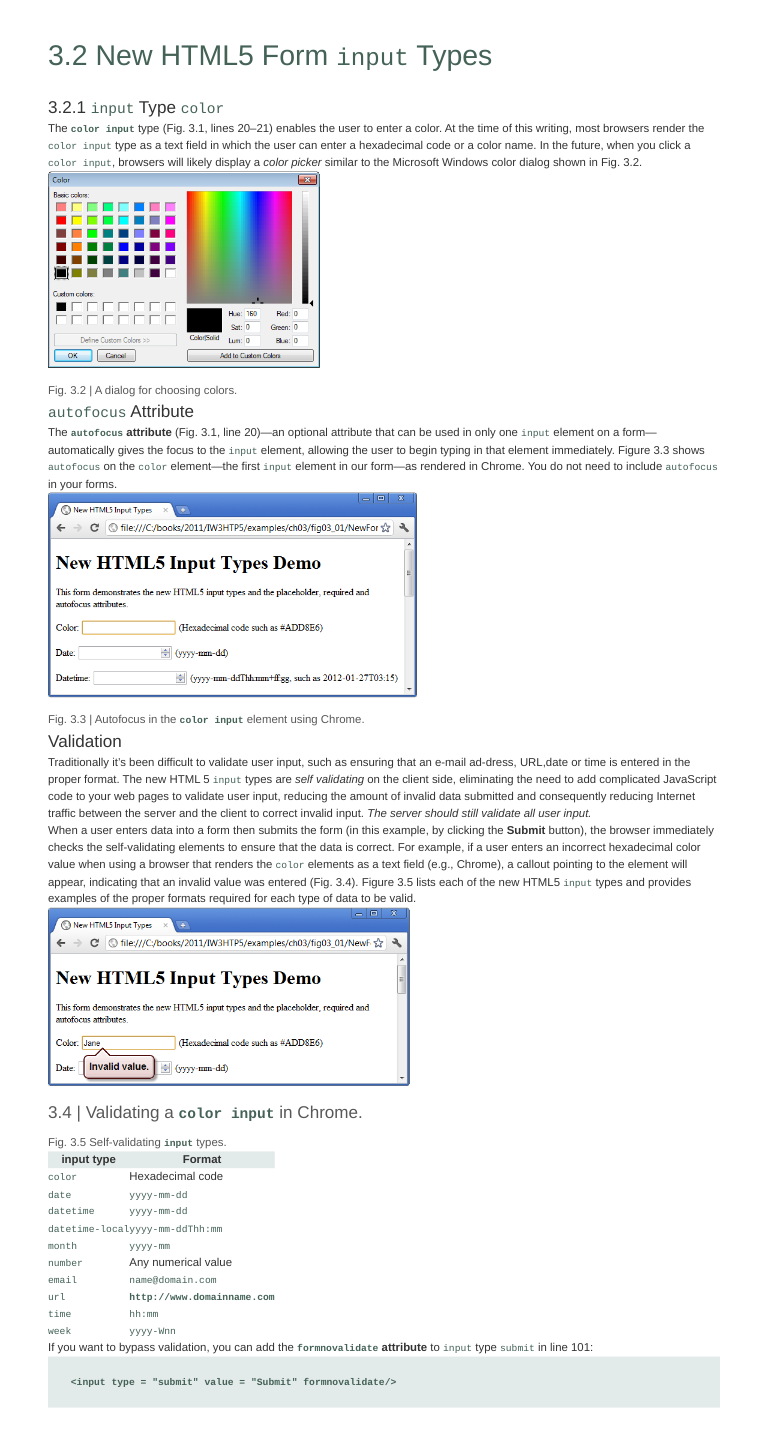
Repository: mlmEFSC21/P4-Textbook-Copy
Page: index.html
The author's editor kept a copy of each file at every save. The page is drawn from the files as they stood at one save, then again after the next save.
The browser window is 1280 px wide. The pictures show the whole page, at 60% of full size.

Above is the page before, as saved 2022-02-03 17:41:41.

After the next save:
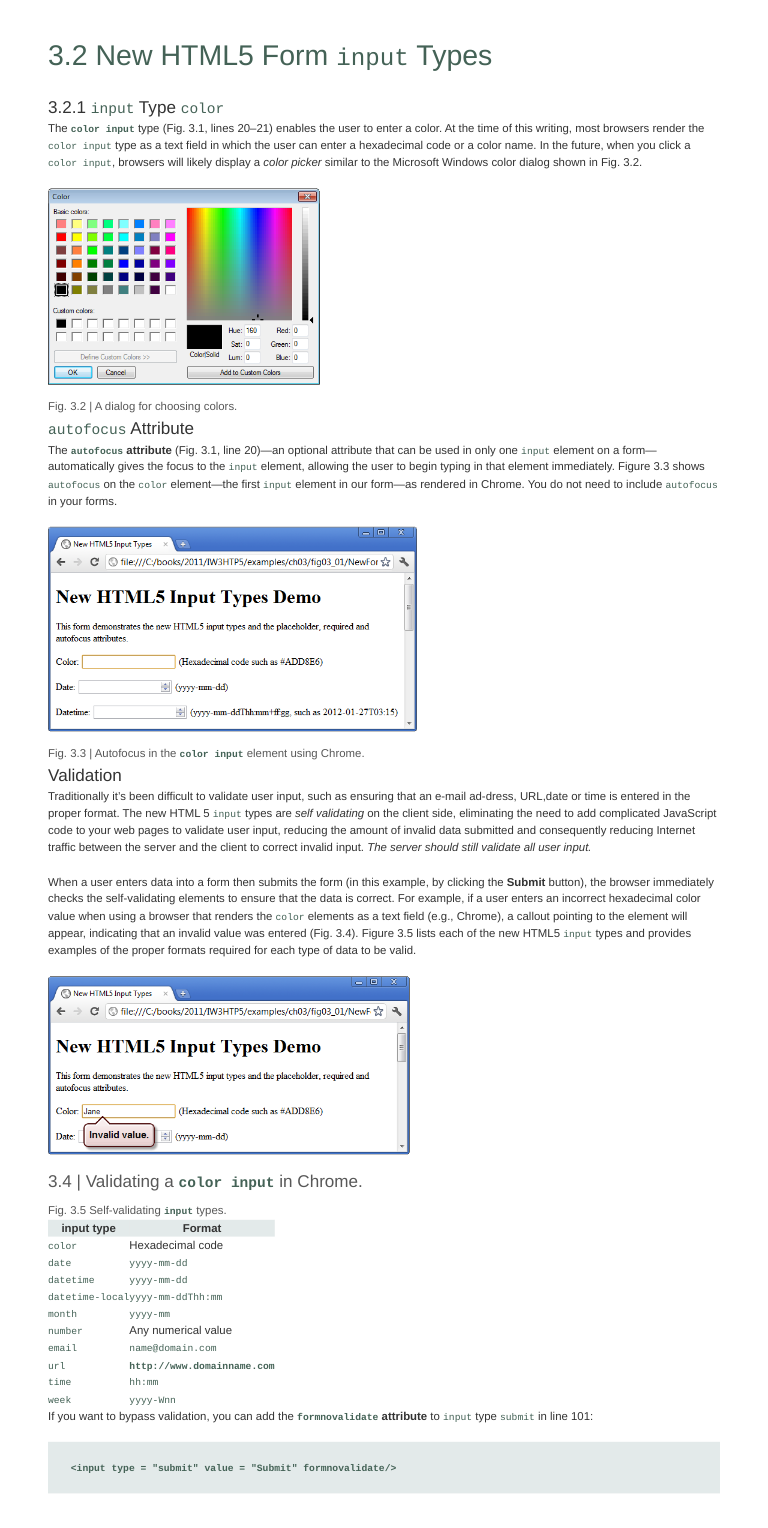
Saved 8 min 6 s later.
--- a/bookStyles.css
+++ b/bookStyles.css
@@ -60,6 +60,9 @@ code {
 .code-heavy {
     font-weight: 900;
 }
+p {
+    margin-bottom: 1.5em;
+}
 table {
     border-collapse: collapse;
 }
